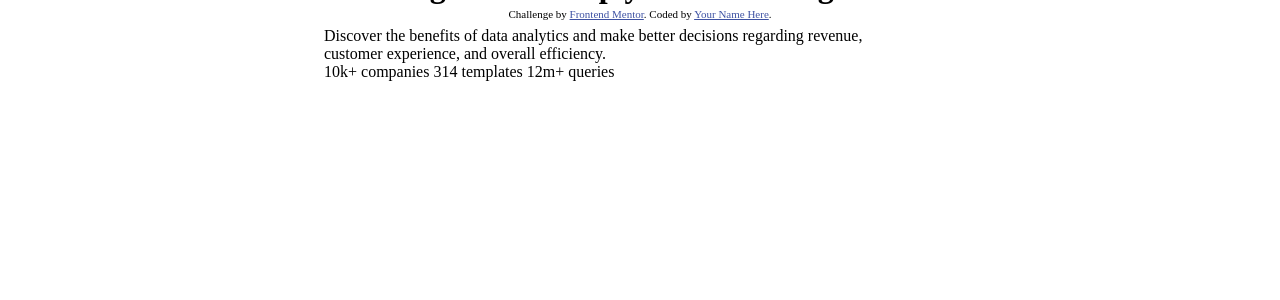
Repository: wasanmsn/Card_Challange
Page: index.html
These files come from the project's save history. The page is drawn as it stood at one moment and after the next save; the edit follows.
The browser window is 1280 px wide. The pictures show the whole page.

Above is the page before, as saved 2021-07-21 15:41:50.

### index.html
<!DOCTYPE html>
<html lang="en">

<head>
  <meta charset="UTF-8">
  <meta name="viewport" content="width=device-width, initial-scale=1.0">
  <!-- displays site properly based on user's device -->

  <link rel="icon" type="image/png" sizes="32x32" href="./images/favicon-32x32.png">
  <link rel="stylesheet" href="./stylesheet.css">

  <title>Frontend Mentor | Stats preview card component</title>

  <!-- Feel free to remove these styles or customise in your own stylesheet 👍 -->
  <style>
    .attribution {
      font-size: 11px;
      text-align: center;
    }

    .attribution a {
      color: hsl(228, 45%, 44%);
    }
  </style>
</head>

<body>
  <div class="container">
    <div class="column1">
      <h1>
        Get insights that help your business grow.
      </h1>
      <div>
        Discover the benefits of data analytics and make better decisions regarding revenue, customer
        experience, and overall efficiency.
      </div>
      <div>
        10k+ companies
        314 templates
        12m+ queries
      </div>
    </div>
      <div class="column2">
    IMG
    </div>
  </div>

  <div class="attribution">
    Challenge by <a href="https://www.frontendmentor.io?ref=challenge" target="_blank">Frontend Mentor</a>.
    Coded by <a href="#">Your Name Here</a>.
  </div>
</body>

</html>

### stylesheet.css
body{
    position: relative;
}
.container{
    display: flex;
    position: absolute;
    left: 50%;
    top: 50%;
    transform: translate(-50%,-50%);
}

After the next save:
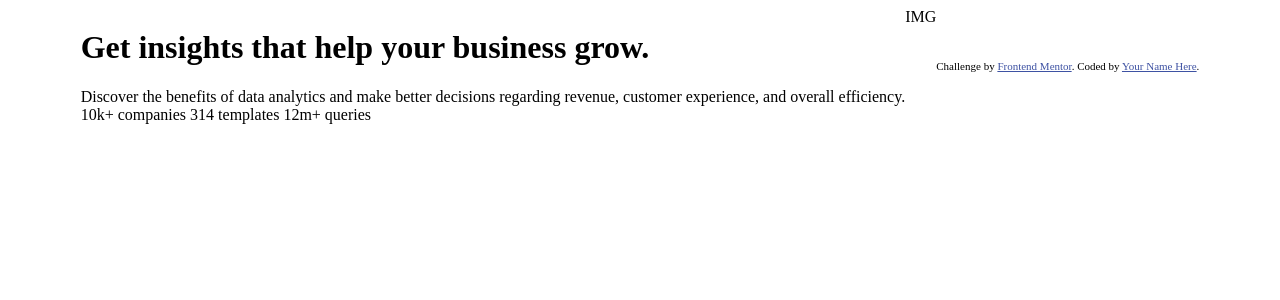
Saved 47 s later.
--- a/stylesheet.css
+++ b/stylesheet.css
@@ -1,10 +1,8 @@
 body{
-    position: relative;
+    display: flex;
+    align-items: center;
+    justify-content: center;
 }
 .container{
     display: flex;
-    position: absolute;
-    left: 50%;
-    top: 50%;
-    transform: translate(-50%,-50%);
 }
